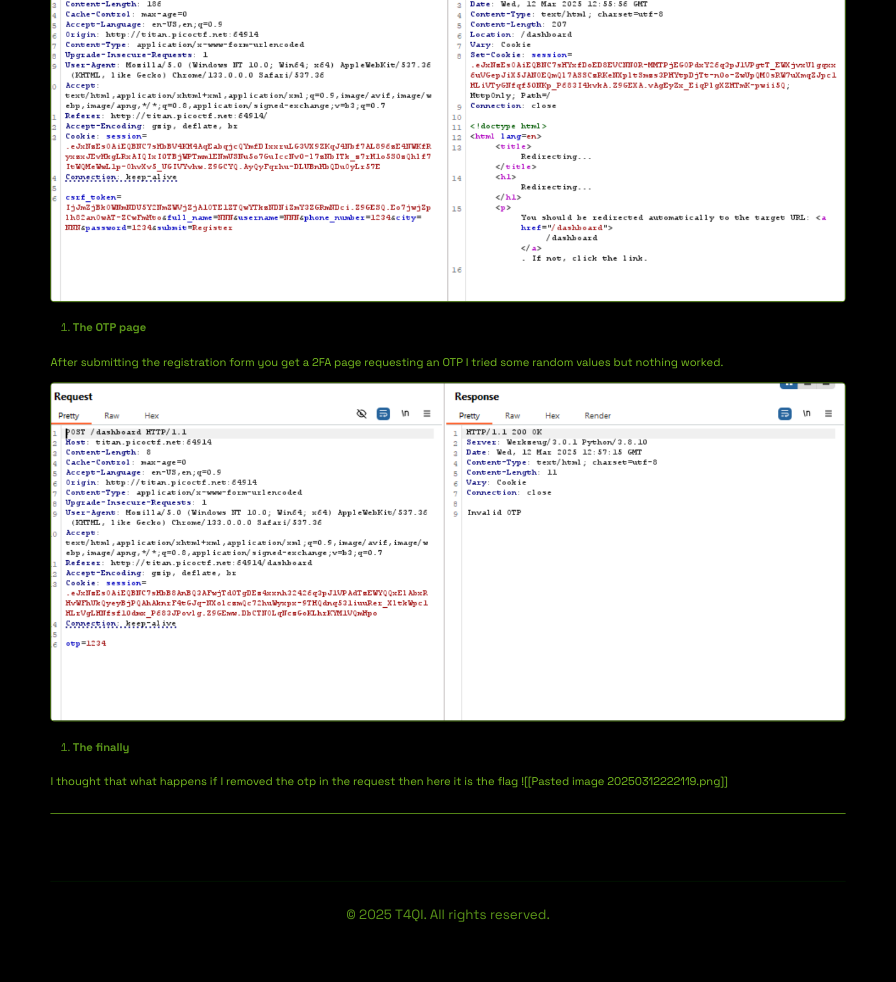
Repository: mohamedsoliman-tq/Website
Page: blogs/picoCTF/introburp.html
These files come from the project's save history. The page is drawn as it stood at one moment and after a run of saves; the edit follows.
The browser window is 1280 px wide. The pictures show the part of the page from y = 1748 to 3668 px (the page is 3151 px tall before and 3668 px after), at 70% of full size.

Above is the page before, as saved 2025-03-13 00:12:12.

After the next 2 saves:
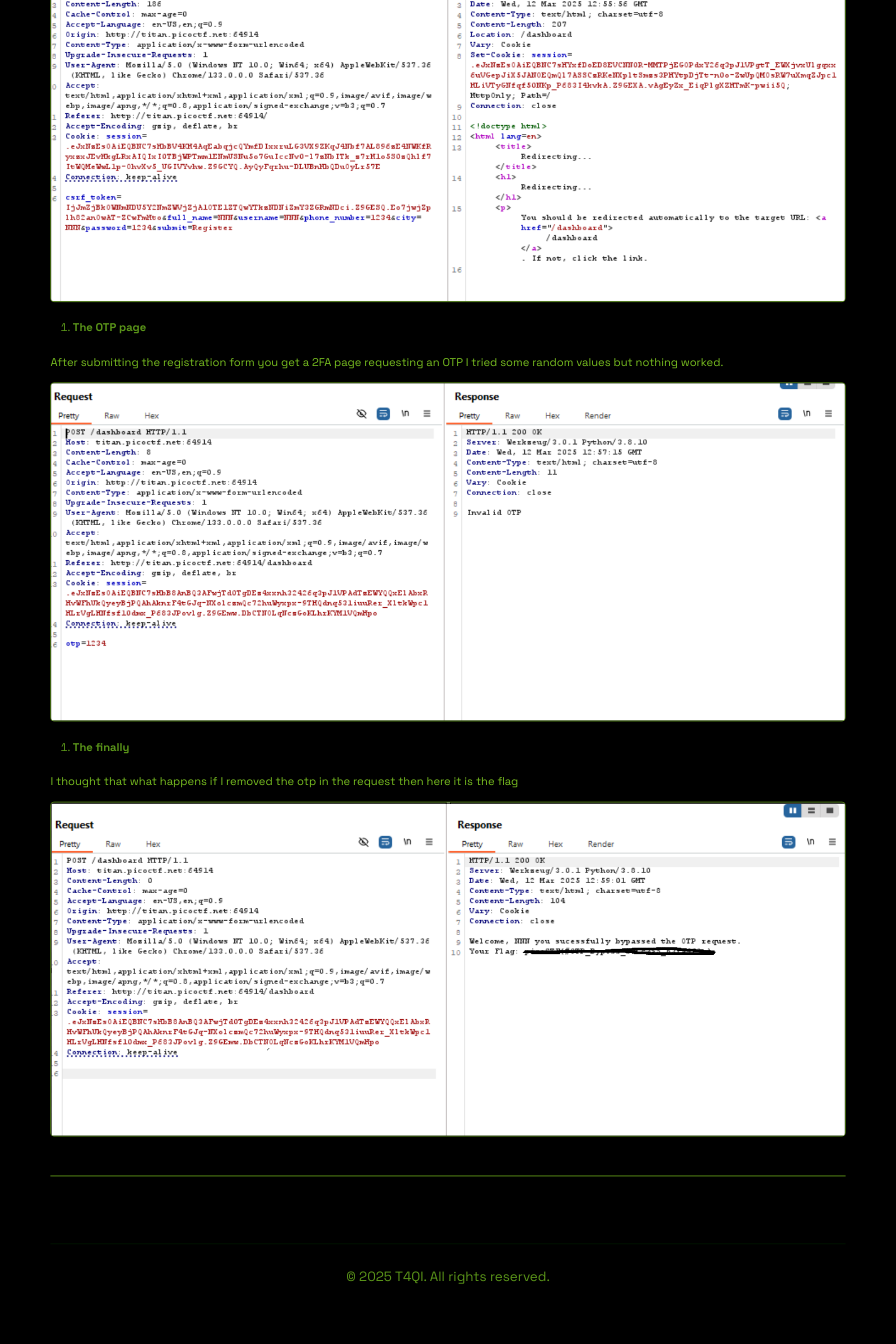
The 2 saves are shown as one change because they came seconds apart.
The last was saved 6 s later.
--- a/blogs/picoCTF/introburp.html
+++ b/blogs/picoCTF/introburp.html
@@ -238,7 +238,7 @@
 <ol>
   <li><strong>The finally</strong></li>
 </ol>
-   I thought that what happens if I removed the otp in  the request then here it is the flag ![[Pasted image 20250312222119.png]]
+   I thought that what happens if I removed the otp in  the request then here it is the flag <img src="pics/intro3.png">
 
 <hr>
 
